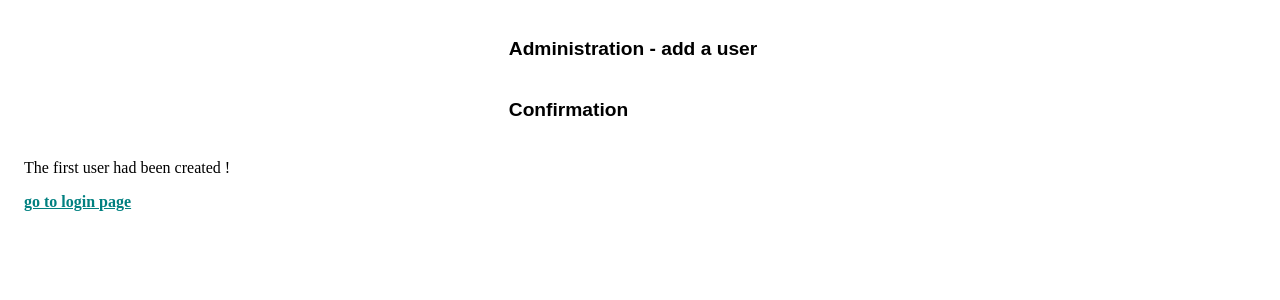
Repository: adrien2riviere/articles_application
Page: http://localhost/admin/admconf
The author's editor kept a copy of each file at every save. The page is drawn from the files as they stood at one save, then again after the next save.
The browser window is 1280 px wide. The pictures show the whole page.
The page is this project's Thymeleaf template; nobody is signed in. The template is opened directly, without the code that normally fills it, so the values that code supplies are empty.

Above is the page before, as saved 2025-10-19 10:23:38.

### itemapp/itemapp/src/main/resources/templates/admin/admconf.html
<!DOCTYPE html>
<html xmlns="http://www.w3.org/1999/xhml" xmlns:th="http://www.thymeleaf.org">
    <head>
        <meta charset="UTF-8">
        <title>Administration - add User</title>
        <link rel="stylesheet" type="text/css" href="/../css/admin/admconf.css">
    </head>
    <body>
        <h2>Administration - add a user</h2>
        <div id="divform">
    		<h2>Confirmation</h2>
        	<p>The first user had been created !</p>
        	<a href="/admin/login">go to login page</a>
    	</div>
    </body>
</html>

### itemapp/itemapp/src/main/resources/static/css/admin/admconf.css
body {
  padding-inline-start:1em;
}

h2 {
	font-family:Arial;
	font-size: 1.2em;
	width:14.5em;
	margin:auto;
	margin-top:2em;
	margin-bottom:2em;
}

h3 {
	font-size: 1.2em;
	padding-left:0.6em;
	width:14.5em;
	background-color:#80ff80;
	padding-top:0.4em;
	padding-bottom:0.4em;
}


a {
	color:#008080;
	font-weight: bold;
}

form{
	margin-top:1em;
}

label{
	margin-top:1em;
	margin-right:1em;
	display: inline-block;
	width:6em;
	font-family:Calibri;
}

input {
	margin-top:1em;
	margin-right:1em;
	width:12.2em;
}

select {
	margin-top:1em;
	margin-right:1em;
	padding:0.12em;
	width:12.75em;
	background-color:#e6e6e6;
}

#button{
	margin-top:2em;
	margin-left:8.85em;
	padding-top:0.4em;
	padding-bottom:0.4em;
	padding-left:2em;
	padding-right:2em;
}

After the next save:
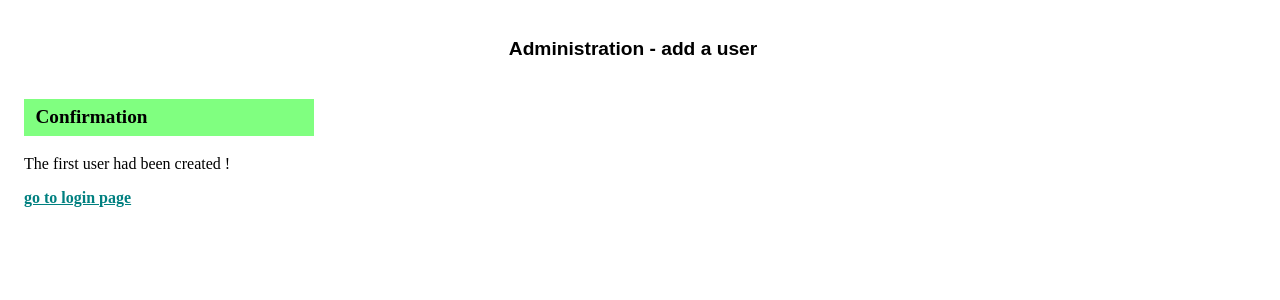
Saved 14 s later.
--- a/itemapp/itemapp/src/main/resources/templates/admin/admconf.html
+++ b/itemapp/itemapp/src/main/resources/templates/admin/admconf.html
@@ -8,7 +8,7 @@
     <body>
         <h2>Administration - add a user</h2>
         <div id="divform">
-    		<h2>Confirmation</h2>
+    		<h3>Confirmation</h2>
         	<p>The first user had been created !</p>
         	<a href="/admin/login">go to login page</a>
     	</div>
